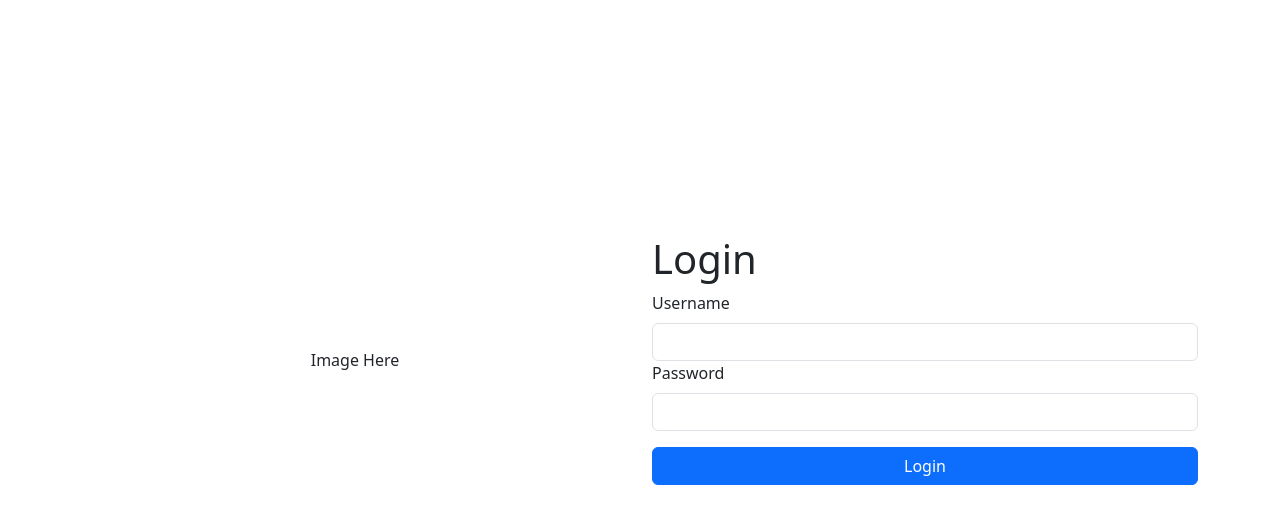
Repository: oboioz/SimpleTodoApp
Page: /todos (app in SimpleTodoAppFrontEnd/todo-app/)
These files come from the project's save history. The page is drawn as it stood at one moment and after the next save; the edit follows.
The browser window is 1280 px wide. The pictures show the whole page.
The project was rebuilt for these pictures with package versions that can differ from the ones it lists, and the page was loaded fresh each time.

Above is the page before, as saved 2024-04-03 19:56:00.

After the next save:
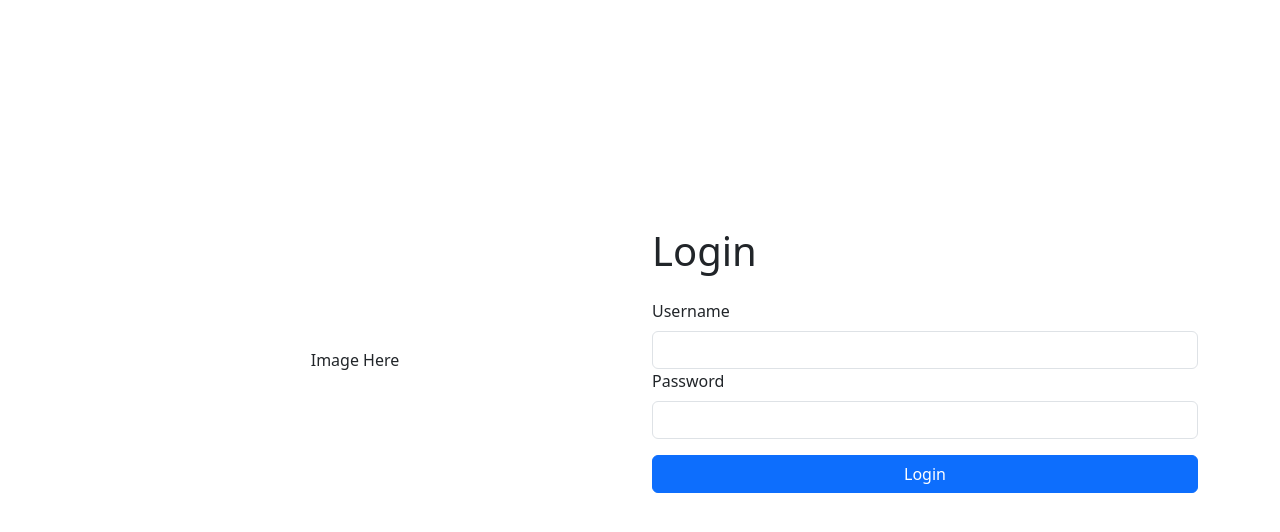
Saved 21 s later.
--- a/SimpleTodoAppFrontEnd/todo-app/src/components/todo/Login/LoginComponent.jsx
+++ b/SimpleTodoAppFrontEnd/todo-app/src/components/todo/Login/LoginComponent.jsx
@@ -12,7 +12,7 @@ function LoginComponent() {
                 <div className="col">
 
                     <form className="LoginForm">
-                        <h1>Login</h1>
+                        <h1 class="mb-4">Login</h1>
                         <div>
                             <label className="form-label">Username</label>
                             <input type="text" name="username" className="form-control" />
